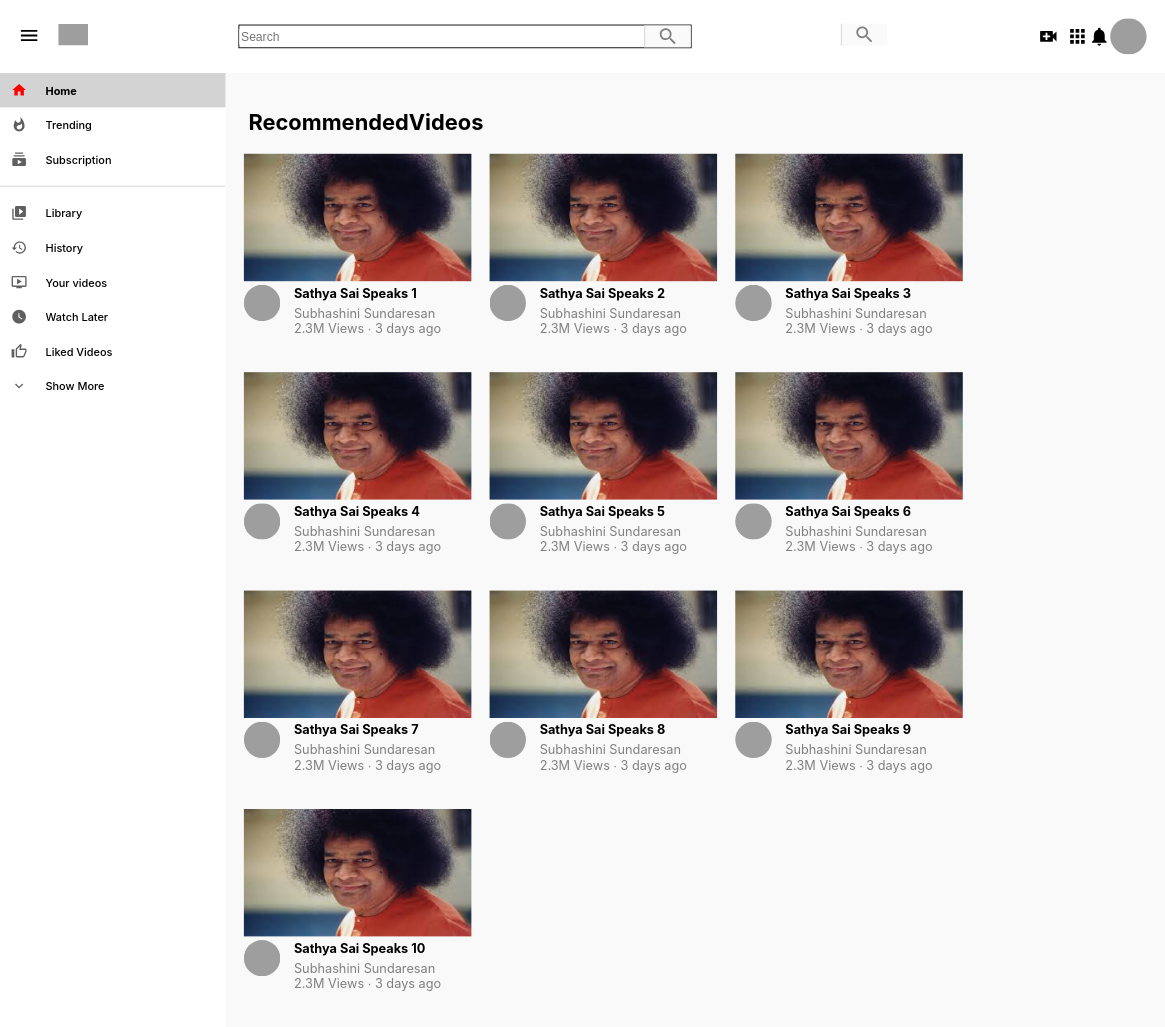
Repository: SubhashiniSundaresan/youtube-clone
Page: /
The author's editor kept a copy of each file at every save. The page is drawn from the files as they stood at one save, then again after the next save.
The browser window is 1280 px wide. The pictures show the whole page, at 91% of full size.
Pictures or frames that could not be fetched are drawn as grey boxes. The project was rebuilt for these pictures with package versions that can differ from the ones it lists, and the page was loaded fresh each time.

Above is the page before, as saved 2020-12-25 21:19:13.

After the next save:
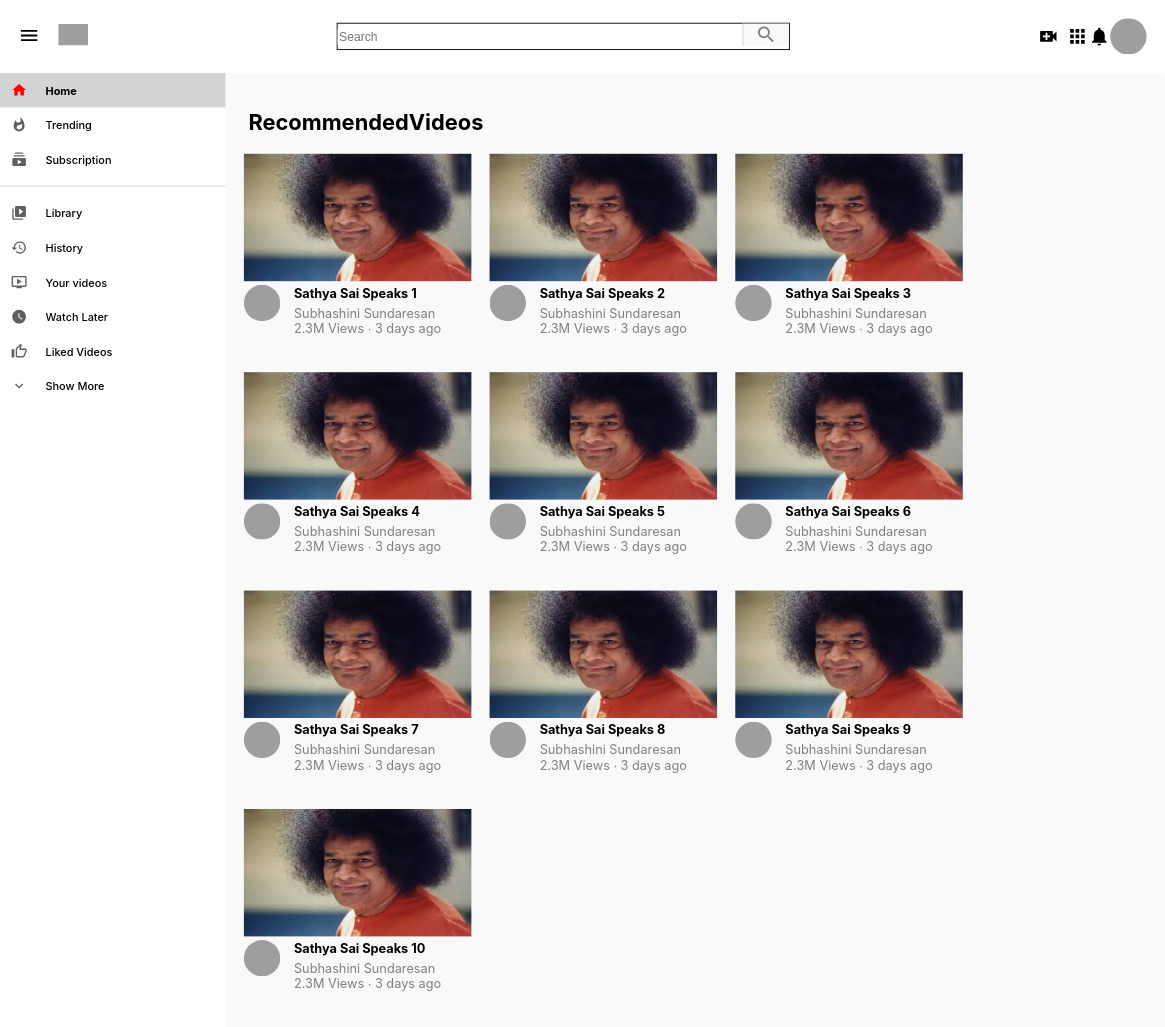
Saved 19 s later.
--- a/src/Header.js
+++ b/src/Header.js
@@ -22,11 +22,10 @@
           value={inputSearch}
           placeholder='Search'
           type='text'></input>
-        <Search className='header__inputButton' />
+        <Link to={`/search/${inputSearch}`}>
+          <Search className='header__inputButton' />
+        </Link>
       </div>
-      <Link to={`/search/${inputSearch}`}>
-        <Search className='header__inputButton' />
-      </Link>
       <div className='header__icons'>
         <VideoCall className='header__icon' />
         <Apps />
